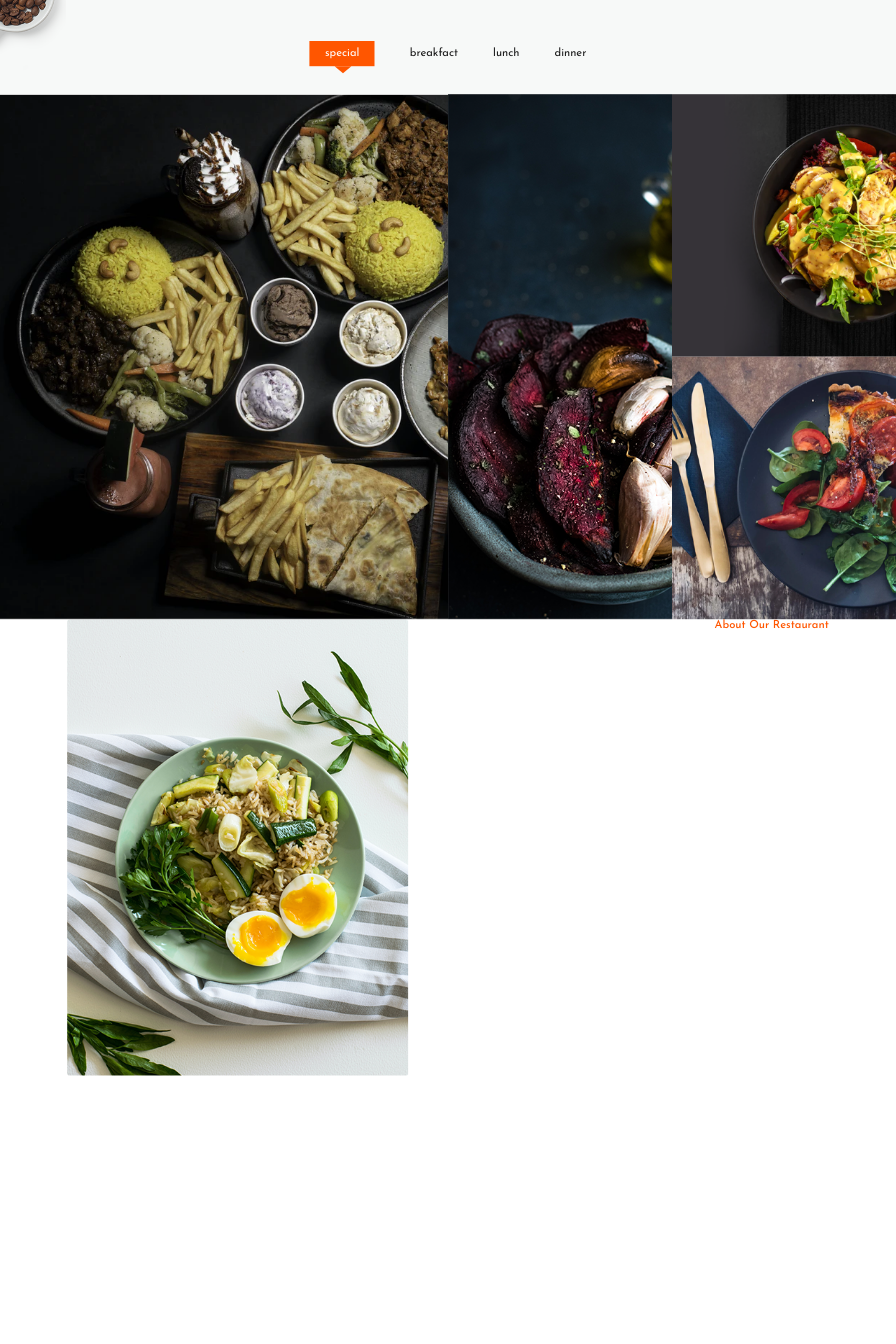
Repository: Ebtehal18/food
Page: index.html
The author's editor kept a copy of each file at every save. The page is drawn from the files as they stood at one save, then again after the next save.
The browser window is 1280 px wide. The pictures show the part of the page from y = 2172 to 4092 px (the page is 10000 px tall), at 70% of full size.

Above is the page before, as saved 2024-01-18 18:54:54.

After the next save:
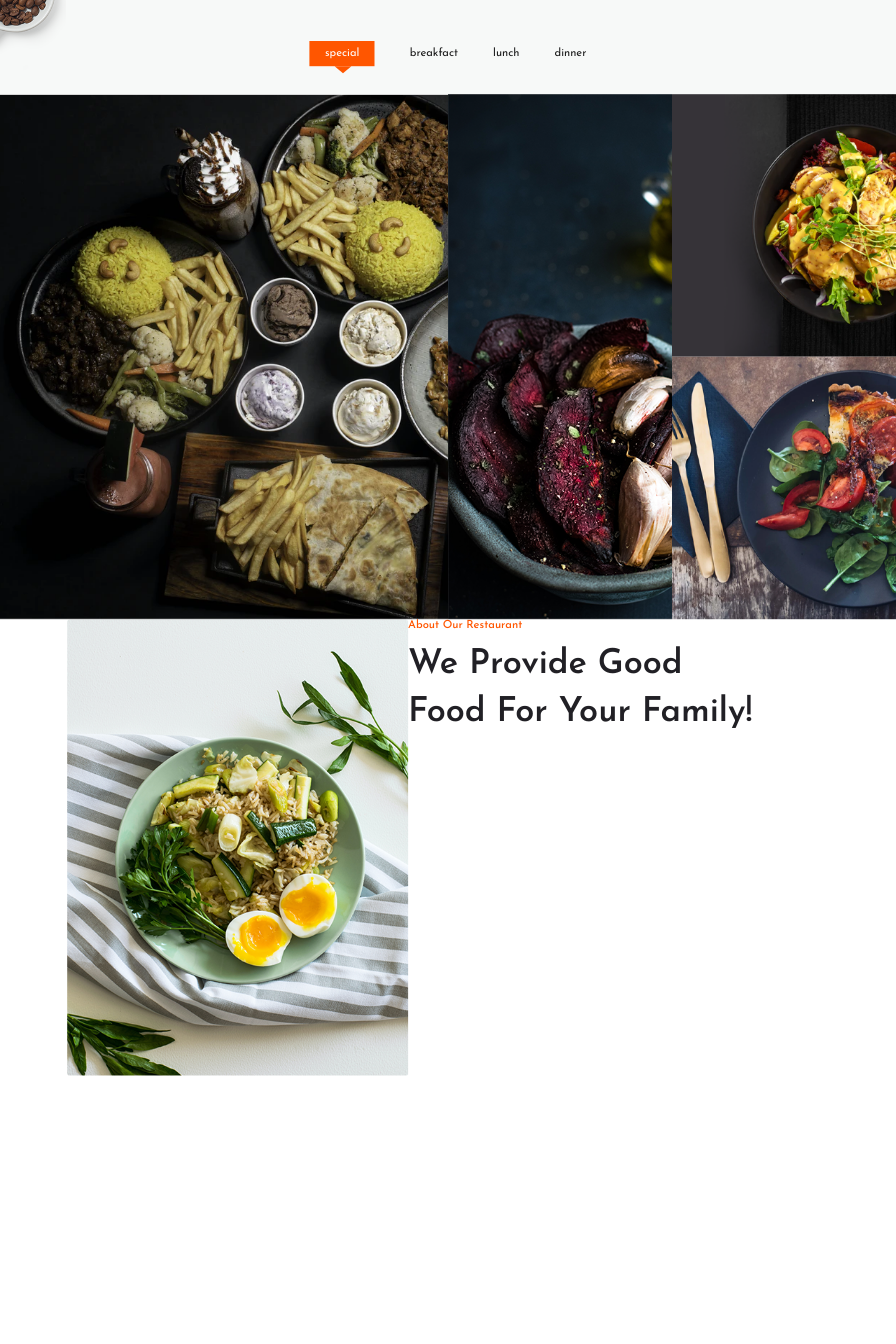
Saved 22 s later.
--- a/index.html
+++ b/index.html
@@ -152,7 +152,8 @@
           </div>
           <div class="blog-content">
             <span class="span">About Our Restaurant</span>
-            <h2></h2>
+            <h2>We Provide Good Food For Your Family!</h2>
+            <p></p>
           </div>
         </div>
       </div>
